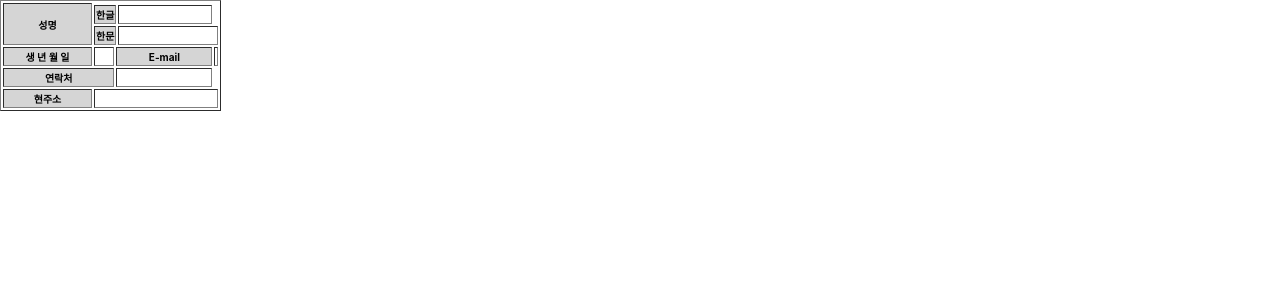
Repository: jiyeonyun/Resume
Page: / (app in resumes/)
The author's editor kept a copy of each file at every save. The page is drawn from the files as they stood at one save, then again after the next save.
The browser window is 1280 px wide. The pictures show the whole page.
The project was rebuilt for these pictures with package versions that can differ from the ones it lists, and the page was loaded fresh each time. Also part of the build but not shown: resumes/src/data/edudata.js, resumes/src/components/educationalHIstory/educational.jsx, resumes/src/components/footer/footer.jsx.

Above is the page before, as saved 2022-05-25 15:31:34.

After the next save:
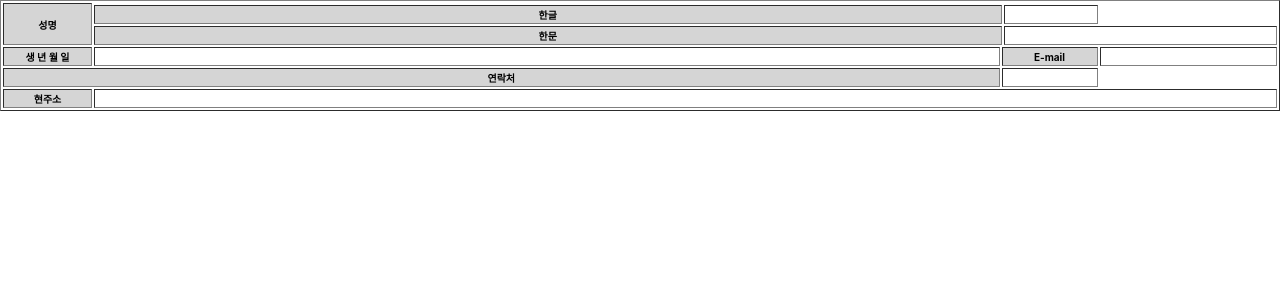
Saved 27 s later.
--- a/resumes/src/App.module.css
+++ b/resumes/src/App.module.css
@@ -1,3 +1,6 @@
 * {
   font-size: 10px;
 }
+table {
+  width: 100%;
+}
